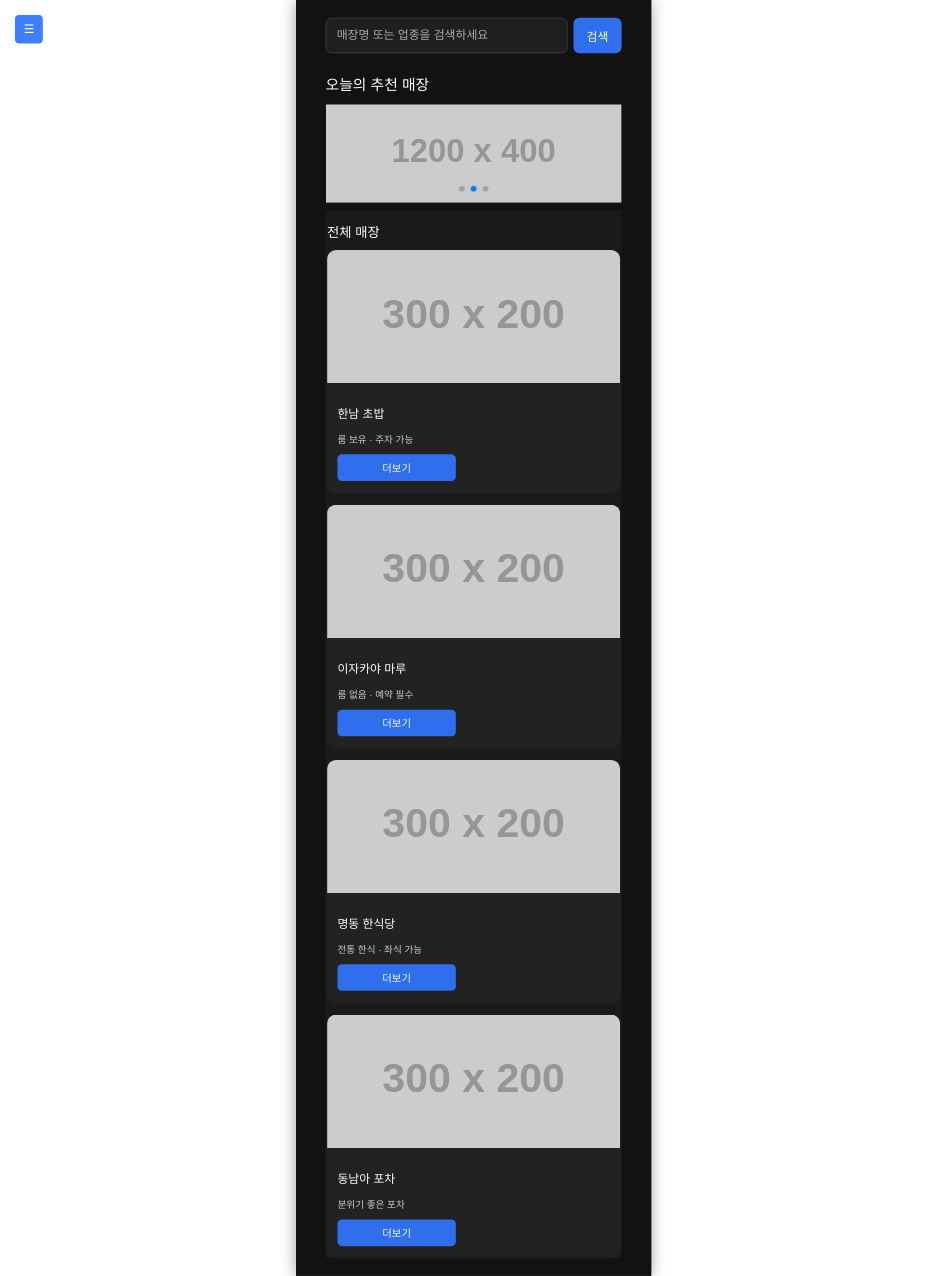
Repository: noiredex/Choplan-API
Page: / (app in choplan/frontend_main/)
These files come from the project's save history. The page is drawn as it stood at one moment and after a run of saves; the edit follows.
The browser window is 1280 px wide. The pictures show the whole page, at 74% of full size.
The project was rebuilt for these pictures with package versions that can differ from the ones it lists, and the page was loaded fresh each time. Also part of the build but not shown: choplan/frontend_main/vite.config.js, choplan/frontend_main/vite.config.ts, choplan/frontend_main/src/styles/StoreDetailPage.css, choplan/frontend_main/src/pages/StoreDetailPage.jsx.

Above is the page before, as saved 2025-10-29 10:31:52.

After the next 2 saves:
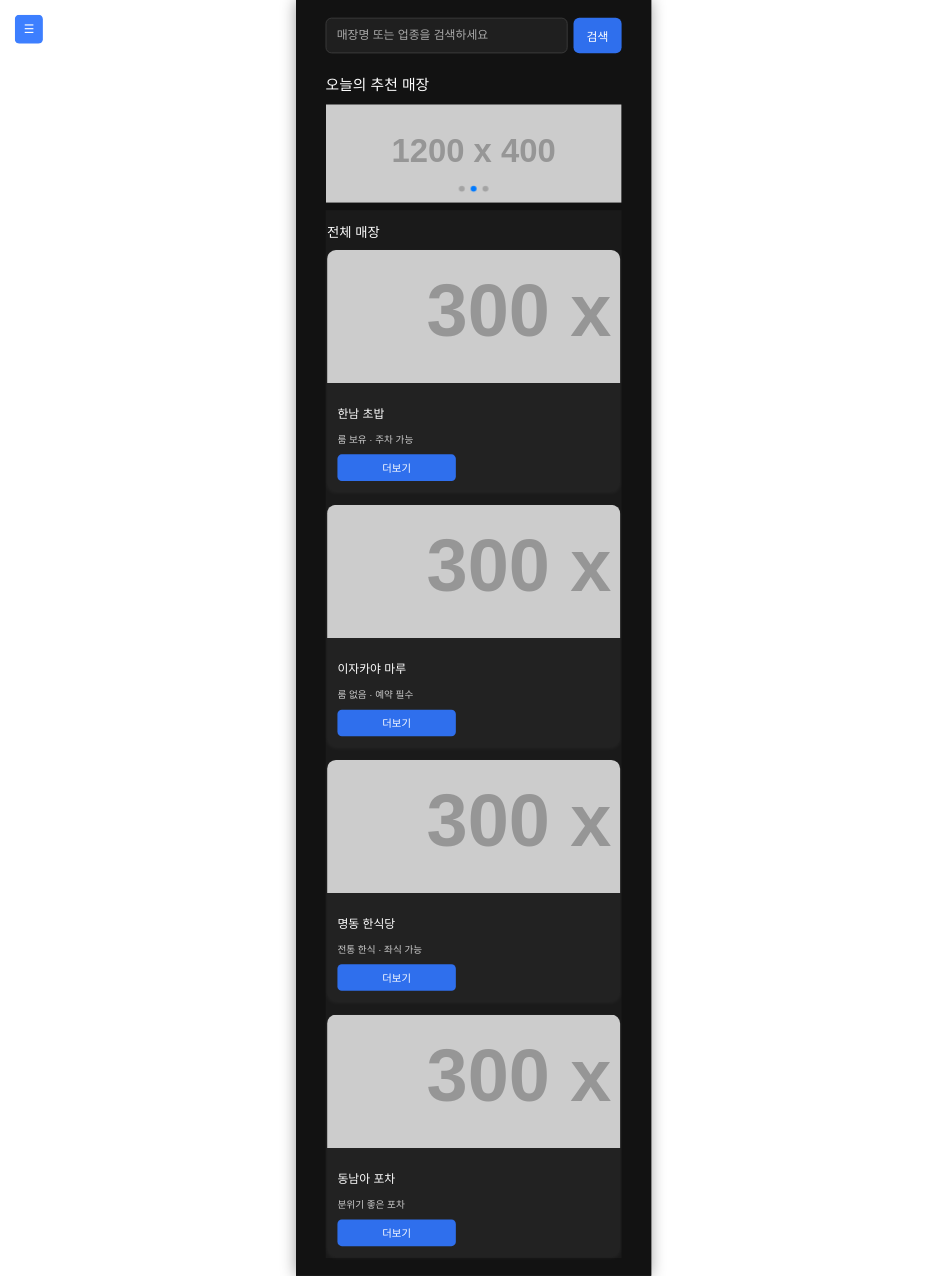
The 2 saves are shown as one change because they came seconds apart.
The last was saved 19 s later.
--- a/choplan/frontend_main/src/styles/RecommendedStores.css
+++ b/choplan/frontend_main/src/styles/RecommendedStores.css
@@ -39,7 +39,7 @@
 }
 
 .store-card img {
-  width: 100%;
+  width: 180%;
   height: 180px;
   object-fit: cover;
 }
